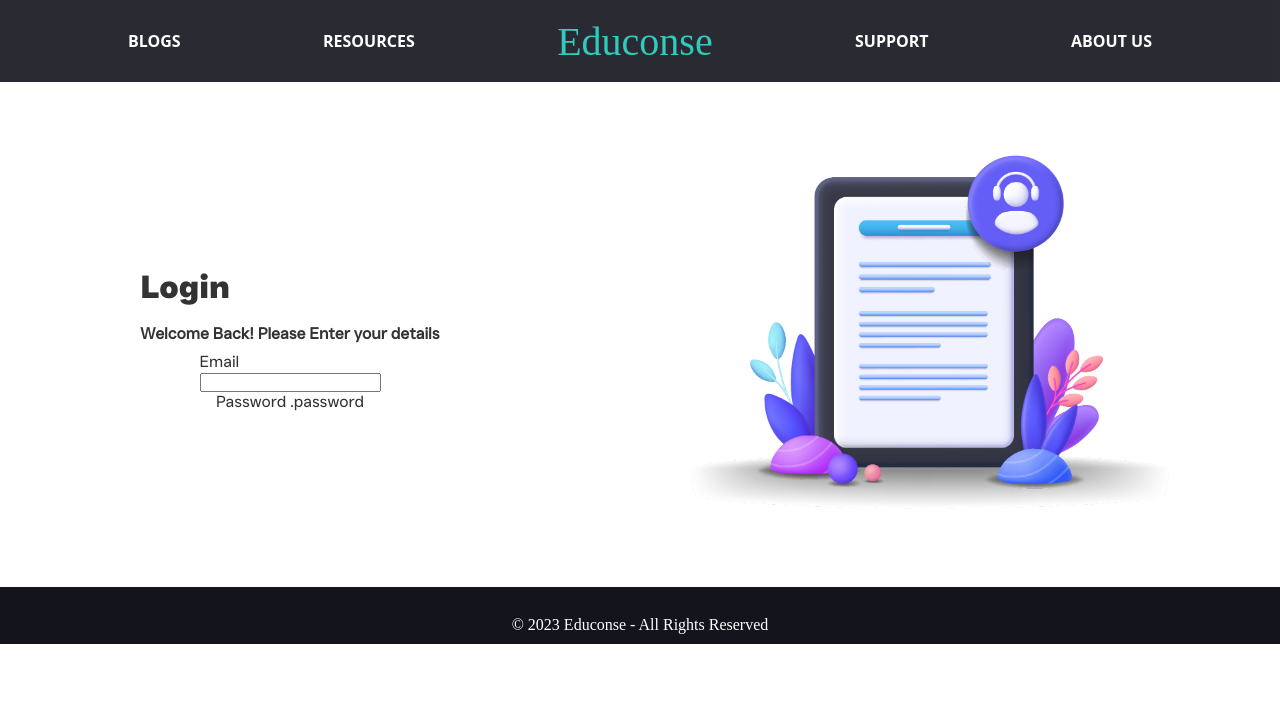
Repository: devajay07/educonse
Page: pages/login.html
The author's editor kept a copy of each file at every save. The page is drawn from the files as they stood at one save, then again after the next save.
The browser window is 1280 px wide. The pictures show the whole page.

Above is the page before, as saved 2023-10-15 02:10:21.

After the next save:
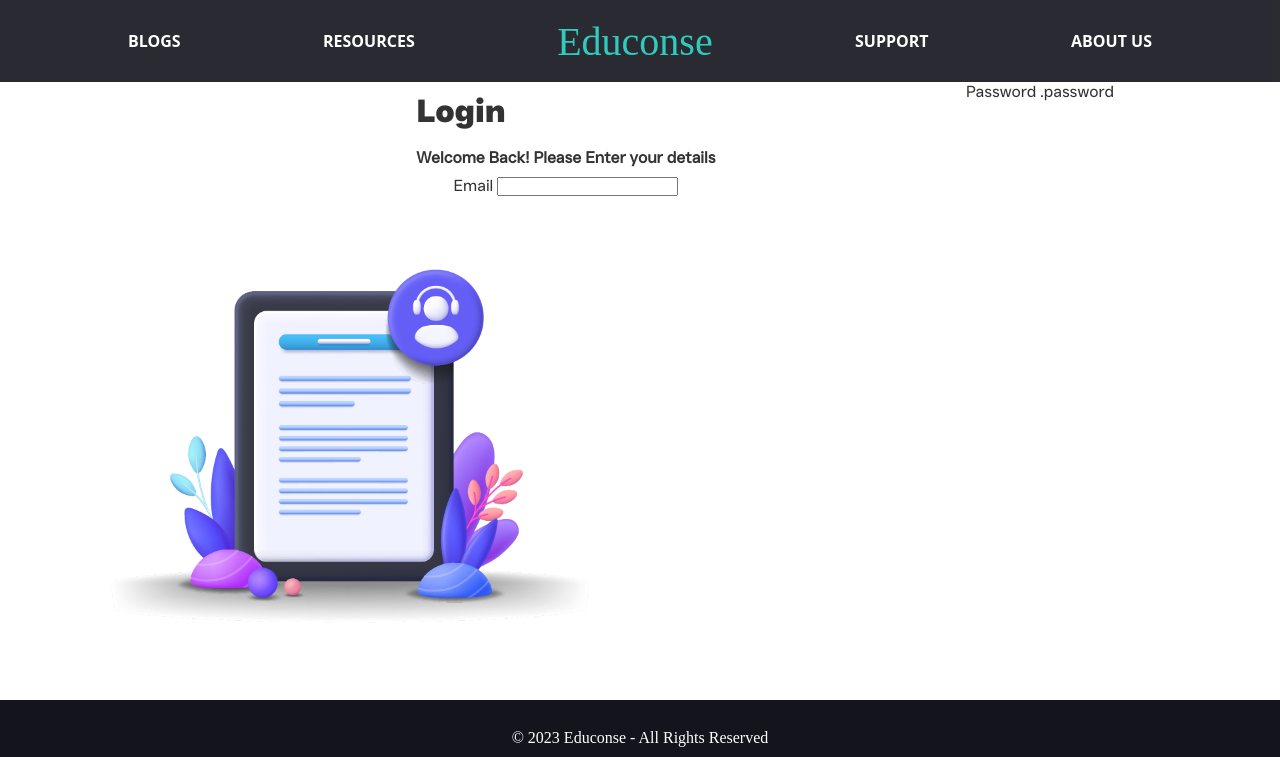
Saved 7 s later.
--- a/pages/login.html
+++ b/pages/login.html
@@ -21,7 +21,7 @@
           <h2 class="sub-heading">Welcome Back! Please Enter your details</h2></div>
         <div class="email">
           <label for="email-input">Email</label>
-          <div class="email-field">
+
             <input type="email" name="email-input" id="email-input" />
           </div>
         </div>

After the 2 saves that followed:
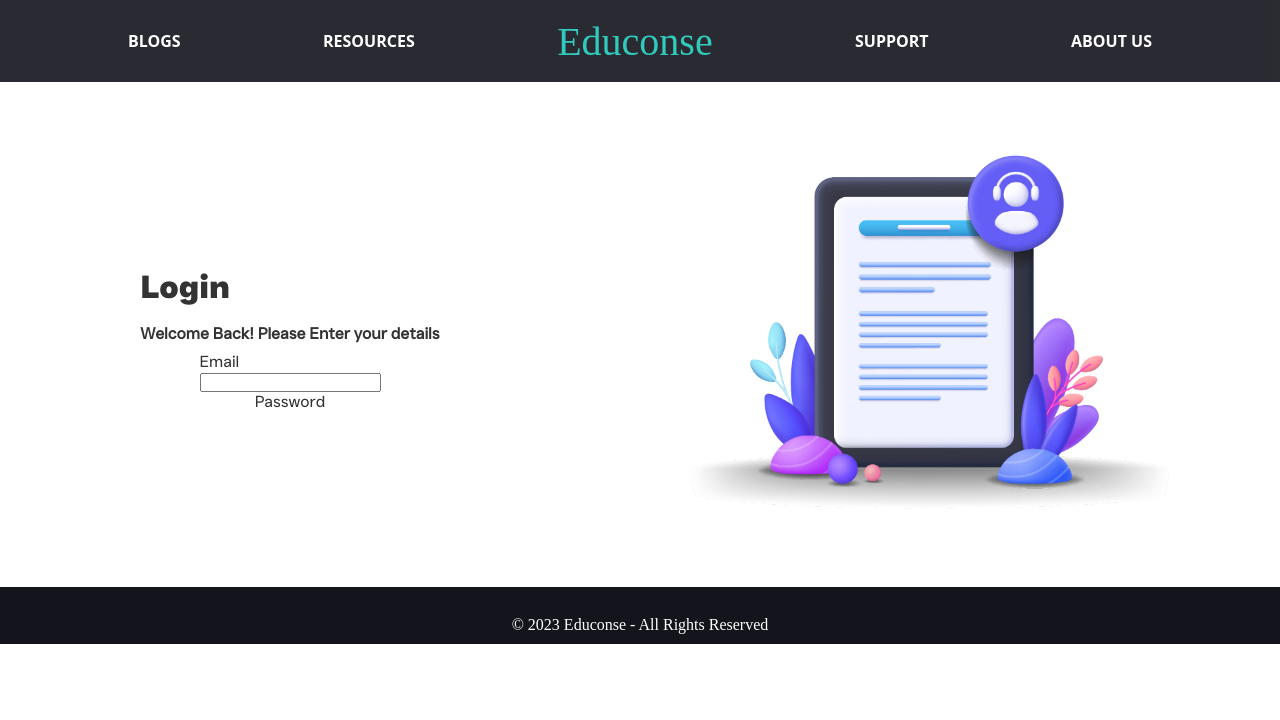
The 2 saves are shown as one change because they came seconds apart.
The last was saved 9 s later.
--- a/pages/login.html
+++ b/pages/login.html
@@ -21,13 +21,13 @@
           <h2 class="sub-heading">Welcome Back! Please Enter your details</h2></div>
         <div class="email">
           <label for="email-input">Email</label>
-
+          <div class="email-field">
             <input type="email" name="email-input" id="email-input" />
           </div>
         </div>
         <div class="password">
           <label for="password-input">Password</label>
-          .password
+
         </div>
       </div>
       <div class="right-section">
